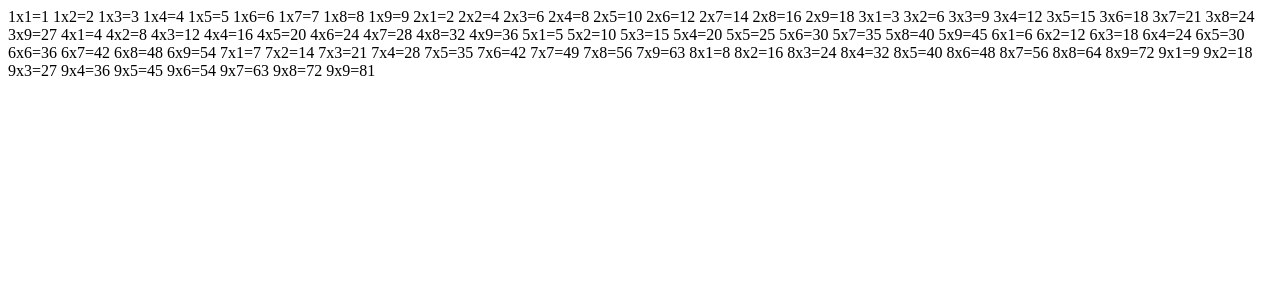
Repository: hii9505/DB_engineering_education
Page: http://localhost/Web_study_02/04_method.jsp
These files come from the project's save history. The page is drawn as it stood at one moment and after the next save; the edit follows.
The browser window is 1280 px wide. The pictures show the whole page.
The page is served by Tomcat 9. Other server files are loaded and not shown.

Above is the page before, as saved 2021-05-21 01:43:29.

### eclipse-workspace/Web_study_02/src/main/webapp/04_method.jsp
<%@ page language="java" contentType="text/html; charset=UTF-8"
	pageEncoding="UTF-8"%>
<!DOCTYPE html PUBLIC "-//W3C//DTD HTML 4.01 Transitional//EN" "http://www.w3.org/TR/html4/loose.dtd">
<html>
<head>
<meta http-equiv="Content-Type" content="text/html; charset=UTF-8">
<title>서블릿</title>
</head>
<body>

<%

for(int i = 1 ; i < 10; i++){
	for( int j = 1 ; j < 10; j++){
		out.print(i + "x" + j + "=" + (i*j) + " ");
	}
	out.print("\n");
}

%>


</body>
</html>

After the next save:
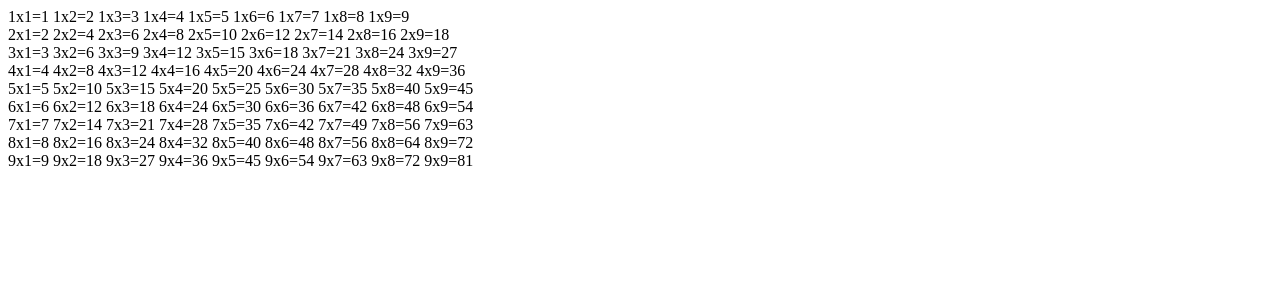
Saved 105 s later.
--- a/eclipse-workspace/Web_study_02/src/main/webapp/04_method.jsp
+++ b/eclipse-workspace/Web_study_02/src/main/webapp/04_method.jsp
@@ -14,7 +14,7 @@
 	for( int j = 1 ; j < 10; j++){
 		out.print(i + "x" + j + "=" + (i*j) + " ");
 	}
-	out.print("\n");
+	out.print("<br>");
 }
 
 %>
